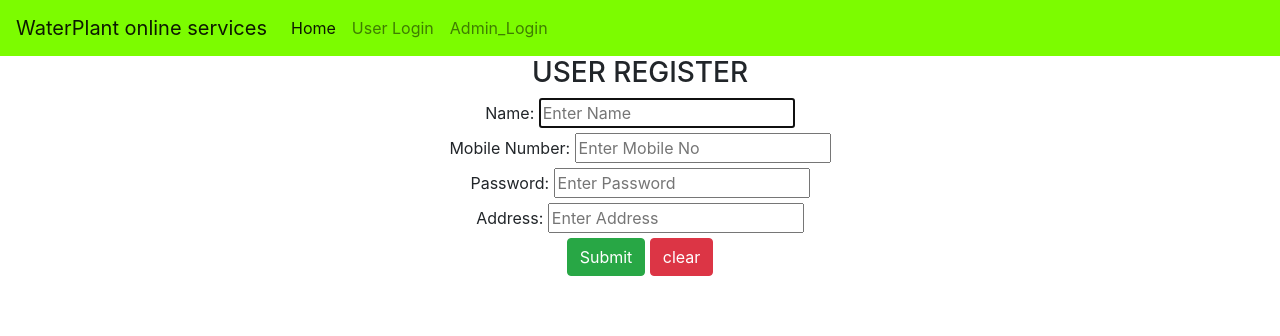
Repository: SHARMILAG97/WebApplication
Page: http://localhost/waterplant_web/userregister.jsp
These files come from the project's save history. The page is drawn as it stood at one moment and after the next save; the edit follows.
The browser window is 1280 px wide. The pictures show the whole page.
The page is served by Tomcat 9. Other server files are loaded and not shown.

Above is the page before, as saved 2019-09-18 09:09:45.
Console error: TypeError: Cannot read properties of undefined (reading 'fn')

### waterplant_web/src/main/webapp/userregister.jsp
<%@ page language="java" contentType="text/html; charset=ISO-8859-1"
    pageEncoding="ISO-8859-1"%>
<!DOCTYPE html>
<html>
<head>
<meta charset="ISO-8859-1">
<title>UserRegister</title>
<link rel="stylesheet" href="css/bootstrap.min.css">
<script src="js/bootstrap.min.js"></script>
<script src="js/jquery-3.4.1.min.js"></script>
</head>


<body style="text-align:center">

<jsp:include page="headers.jsp"></jsp:include>
<%
String message = request.getParameter("message");
if (message != null){
	out.println("<font color='red'>" + message + "</font>");
}
%>

<script>

function register() {
    //alert('register');
    event.preventDefault();
    var name = document.getElementById("name").value;
    var mobileno = document.getElementById("mobileno").value;
    var password = document.getElementById("password").value;
    var address = document.getElementById("address").value;
    var formData = "name="+name+ "&mobileno=" + mobileno + "&password=" + password+ "&address="+address;
    console.log(formData);

    var url = "http://localhost:8080/waterplant_web/RegisterServlet?" + formData;
    console.log(url);
    var formData = {};
    $.get(url, function(response) {
        console.log(response);
        alert(response);
        var msg=JSON.parse(response);
       // alert(msg.errorMessage);
        if (msg.errorMessage!=null) {
            alert("Invalid Values");
            window.location.href = "userregister.jsp";
        } else {
            alert("successful Register");
            window.location.href = "userlogin.jsp";
        }
    });
}


</script>
<h3>USER REGISTER</h3>

<form onsubmit="register()">
<label>Name:</label>
<input type="text" name="name" id="name" placeholder="Enter Name" required autofocus/>
<br/>

<label>Mobile Number:</label>
<input type="number" name="mobileno" id="mobileno" placeholder="Enter Mobile No" required />
<br/>

<label>Password:</label>
<!--<input type="password" name="password" id="password" placeholder="Enter Password" required />  -->
<input type="password" name="password" id="password" placeholder="Enter Password" required
 pattern="(?=.*\d)(?=.*[a-z])(?=.*[A-Z]).{8,}"
 title="Must contain at least one number and one uppercase and lowercase letter, and at least 8 or more characters required "/>
<br/>
<label>Address:</label>
<input type="text" name="address" id="address" placeholder="Enter Address" required />
<br/>
<input type="submit" value="Submit" class="btn btn-success">
<button type="reset" class="btn btn-danger" value="clear">clear</button>
</form>

</body>
</html>

### waterplant_web/src/main/webapp/headers.jsp

<nav class="navbar navbar-expand-md navbar-light" style="background-color: #7CFC00;">
 <a class="navbar-brand" href="index.jsp">WaterPlant online services</a>
 <button class="navbar-toggler" type="button" data-toggle="collapse" data-target="#navbarCollapse" aria-controls="navbarCollapse" aria-expanded="false" aria-label="Toggle navigation">
   <span class="navbar-toggler-icon"></span>
 </button>
 <div class="collapse navbar-collapse" id="navbarCollapse">
   <ul class="navbar-nav mr-auto">
     <li class="nav-item active">
       <a class="nav-link" href="index.jsp">Home</a>
     </li>

     <li class="nav-item">
       <a class="nav-link " href="userlogin.jsp">User Login</a>
     </li>
     <li class="nav-item">
       <a class="nav-link " href="adminlogin.jsp">Admin_Login</a>
     </li>
   </ul>
 <!--   <form class="form-inline mt-2 mt-md-0">
   <input class="form-control mr-sm-2" type="text" placeholder="Search" aria-label="Search">
     <button class="btn btn-outline-success my-2 my-sm-0" type="submit">Search</button>
   </form>-->
 </div>
</nav>

Loaded but not shown: waterplant_web/src/main/webapp/css/bootstrap.min.css (library); waterplant_web/src/main/webapp/js/bootstrap.min.js (library); waterplant_web/src/main/webapp/js/jquery-3.4.1.min.js (library)

After the next save:
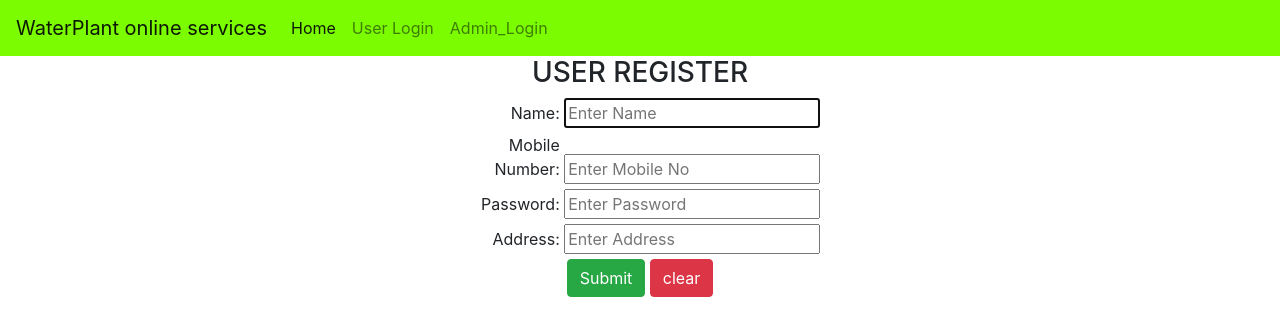
Saved 114 s later.
--- a/waterplant_web/src/main/webapp/userregister.jsp
+++ b/waterplant_web/src/main/webapp/userregister.jsp
@@ -8,6 +8,18 @@
 <link rel="stylesheet" href="css/bootstrap.min.css">
 <script src="js/bootstrap.min.js"></script>
 <script src="js/jquery-3.4.1.min.js"></script>
+
+
+<style type="text/css">
+   label{
+  width: 100px;
+  display: inline-block;
+  text-align: right;
+   }
+</style>
+
+
+
 </head>
 
 
